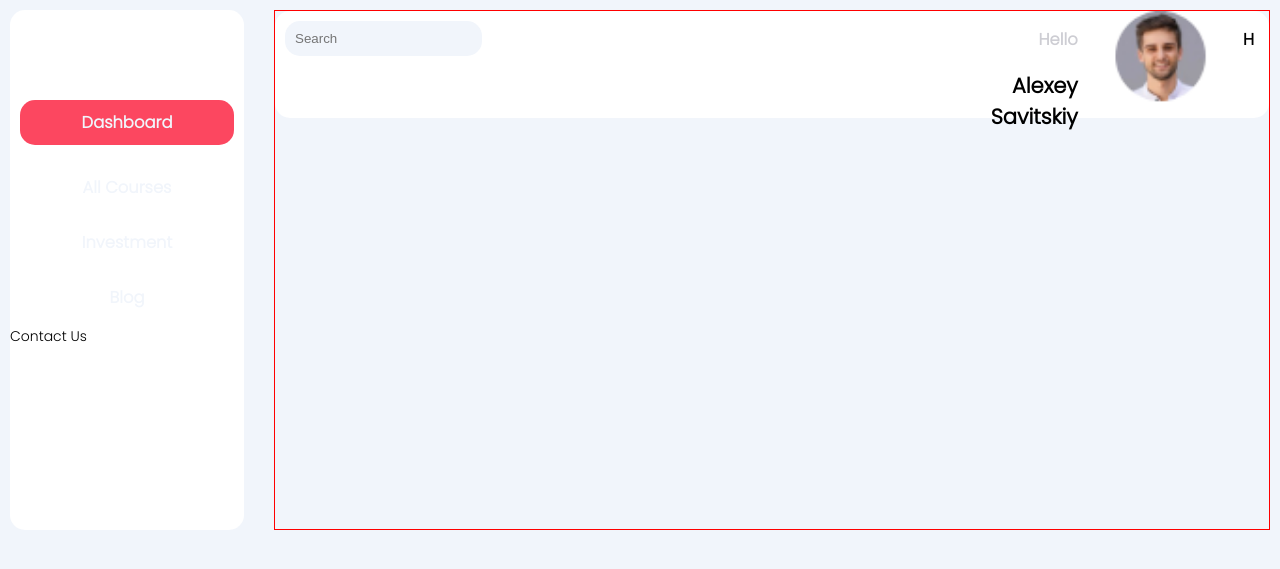
Repository: Anuruddha00/dashboard-design
Page: /
The author's editor kept a copy of each file at every save. The page is drawn from the files as they stood at one save, then again after the next save.
The browser window is 1280 px wide. The pictures show the whole page.
The project was rebuilt for these pictures with package versions that can differ from the ones it lists, and the page was loaded fresh each time.

Above is the page before, as saved 2021-05-07 00:42:29.

After the next save:
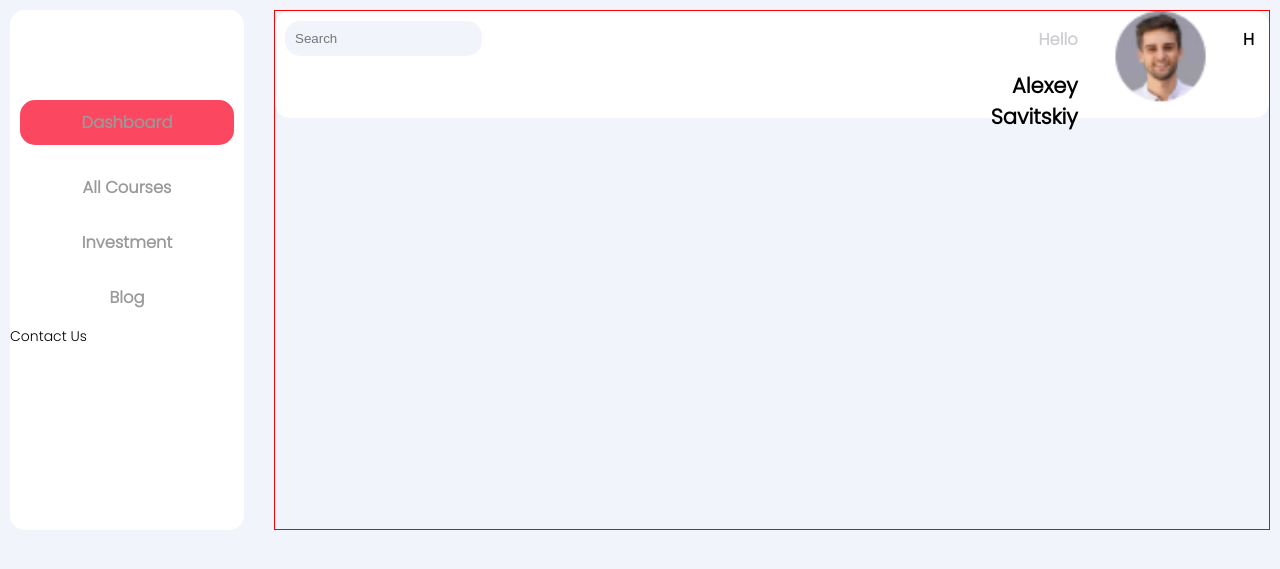
Saved 50 s later.
--- a/src/containers/Dashboard/Dashboard.scss
+++ b/src/containers/Dashboard/Dashboard.scss
@@ -39,7 +39,7 @@ body{
                 h3{
                     text-align: center;
                     margin-top: 30px;
-                    color: #f1f5fb;
+                    color: #9a9999;
                 }
             }
         }
